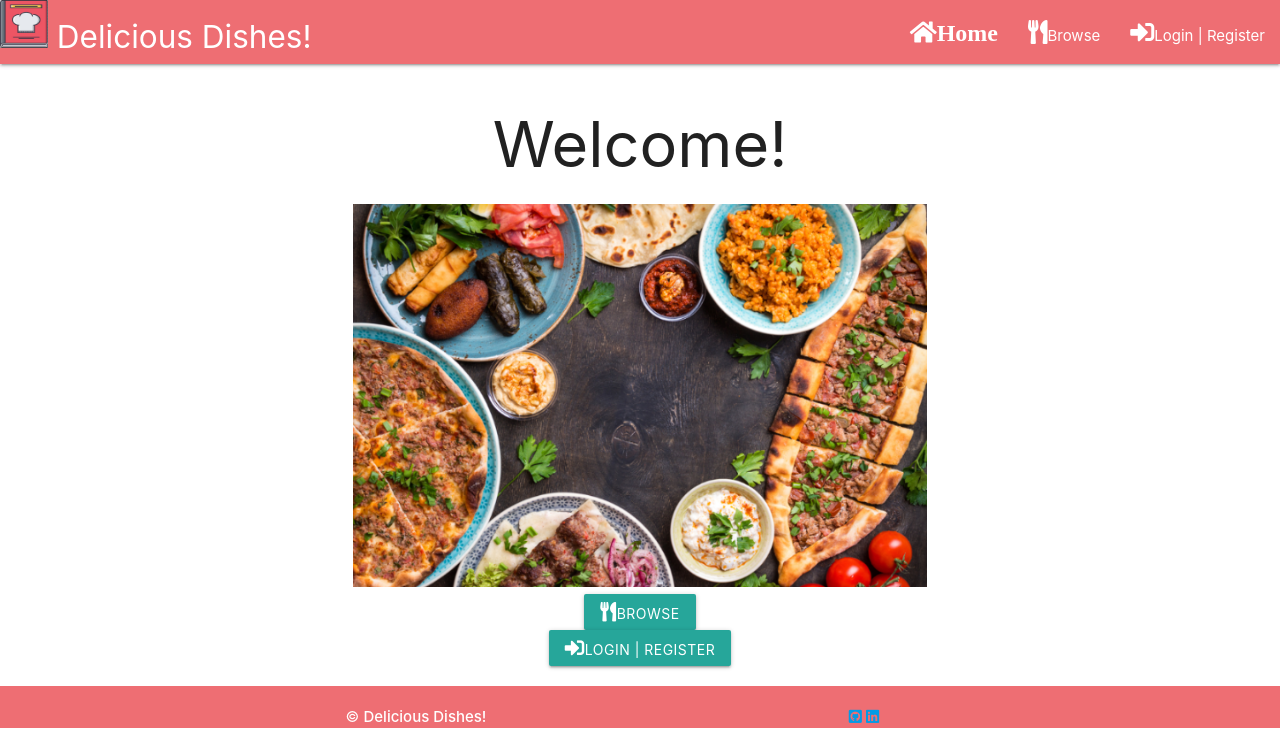
Repository: hebs87/cookbook-milestone-project-three
Page: http://localhost/
The author's editor kept a record of every edit. The page is drawn from the files as they stood at one moment, then again after the next edit.
The browser window is 1280 px wide. The pictures show the whole page.
Some web libraries are served in a nearby version. The page is served by the project's application, run on Flask 3 (app.py).

Above is the page before.

After the next edit:
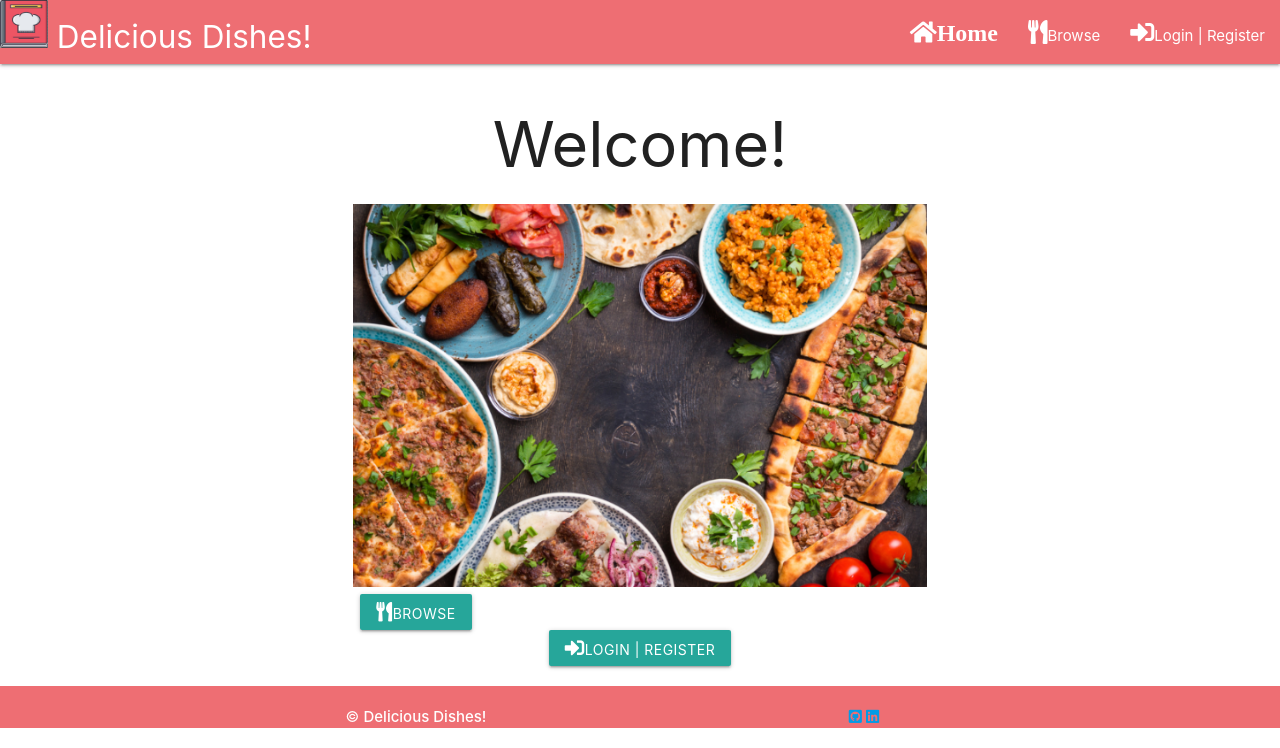
The edit:
--- a/templates/index.html
+++ b/templates/index.html
@@ -34,7 +34,7 @@
         </div>
     <!--If there is no user in session-->
     {% else %}
-        <div class="col s12">
+        <div class="col s6">
             <a href="#" class="waves-effect waves-light btn">
                 <i class="fas fa-utensils" aria-hidden="true"></i>Browse
             </a>
